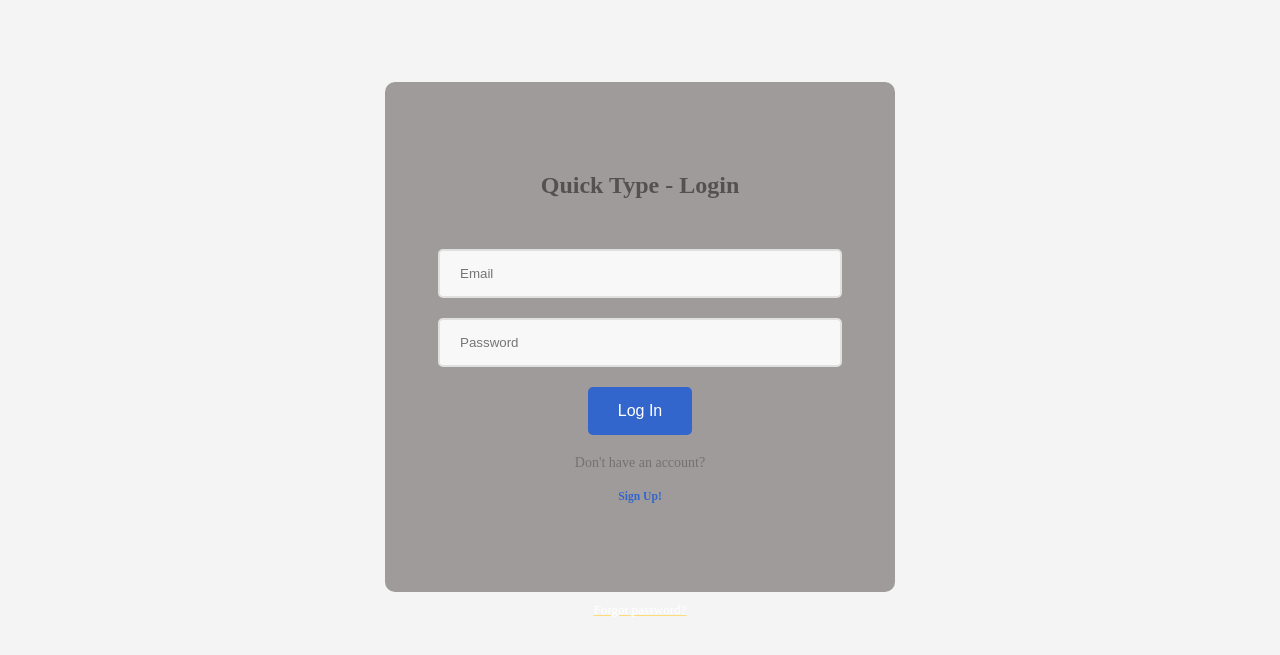
Repository: BuddyBob/mathmaking
Page: /#/login
These files come from the project's save history. The page is drawn as it stood at one moment and after the next save; the edit follows.
The browser window is 1280 px wide. The pictures show the whole page.
The project was rebuilt for these pictures with package versions that can differ from the ones it lists, and the page was loaded fresh each time. Also part of the build but not shown: webpack.config.js, src/Home.js, src/components/register/Signup.js.

Above is the page before, as saved 2023-06-10 11:02:36.

### public/index.html
<!DOCTYPE html>
<html lang="en">
  <head>
    <meta charset="utf-8" />
    <link rel="icon" href="%PUBLIC_URL%/favicon.ico" />
    <meta name="viewport" content="width=device-width, initial-scale=1" />
    <meta name="theme-color" content="#000000" />
    <meta
      name="description"
      content="Web site created using create-react-app"
    />
    <link rel="apple-touch-icon" href="%PUBLIC_URL%/logo192.png" />

    <link rel="manifest" href="%PUBLIC_URL%/manifest.json" />

    <title>Math Making</title>
  </head>
  <body>
    <noscript>You need to enable JavaScript to run this app.</noscript>
    <div id="root"></div>

  </body>
</html>

### src/index.js
import App from './App';
import { AuthProvider } from './components/context/AuthContext';
import React from 'react';
import ReactDOM from 'react-dom';
import { HashRouter as Router } from 'react-router-dom';
ReactDOM.render(

    <Router>
        <AuthProvider>
        < App />
        </AuthProvider>
    </Router>, document.getElementById("root"));

### src/App.js
import {
  Route,
  Routes,
} from "react-router-dom";

import Home from "./Home";
import Login from './components/register/Login'
import Signup from './components/register/Signup'

export default function App() {
  return (
        <Routes>
            <Route  exact path='/' element={<Home/>} />
            <Route exact path='/signup' element={<Signup/>}/>
            <Route exact path='/login' element={<Login/>}/>
        </Routes>
  );
}

### src/components/context/AuthContext.js
import React,  { useContext, useState, useEffect } from 'react'
import { auth } from '../../firebase'
const AuthContext = React.createContext()
export function useAuth() {
    return useContext(AuthContext)
}
export function AuthProvider({children}) {
    const [currentUser, setCurrentUser] = useState()
    const [loading, setLoading] = useState(true)
    function signup(email,password){
        return auth.createUserWithEmailAndPassword(email,password)
    }
    function login(email,password){
        return auth.signInWithEmailAndPassword(email,password)
    }
    function logout(){
        return auth.signOut()
    }
    function resetPassword(email){
        return auth.sendPasswordResetEmail(email)
    }
    useEffect(() => {
        const unsubscribe = auth.onAuthStateChanged(user => {
            setCurrentUser(user)
            setLoading(false)
        })
        return unsubscribe
    }, [])

    const value = {
        currentUser,
        login,
        signup,
        logout,
        resetPassword,
    }
    return (

        <AuthContext.Provider value={value}>
            {!loading && children}
        </AuthContext.Provider>
    )
}

### src/components/register/Login.js
import './Register.css'

import { Alert, AlertTitle } from '@material-ui/lab';
import React, { useRef, useState } from 'react'

import CloseIcon from '@material-ui/icons/Close';
import IconButton from '@material-ui/core/IconButton';
import { Link } from 'react-router-dom'
import { makeStyles } from '@material-ui/core/styles';
import { useAuth } from '../context/AuthContext'
import { useNavigate } from 'react-router-dom';

const useStyles = makeStyles((theme) => ({
    root: {
      width: '100%',
      '& > * + *': {
        marginTop: theme.spacing(),
      },
    },
    errorText: {
        textAlign: 'left'
    }
  }));
function modErrors(error){
    console.log(error)
    switch (true){
        case error === 'There is no user record corresponding to this identifier. The user may have been deleted.':
            error = "We could not find this user."
        case error === "The password is invalid or the user does not have a password.":
            error = "We could not find this user."
    }
    return error;

}
const Login = () =>  {
        const classes = useStyles();
        const emailRef = useRef()
        const passwordRef = useRef()
        const { login } = useAuth()
        const [error, setError] = useState('')
        const [loading, setLoading] = useState("false")
        const navigate = useNavigate();
        async function handleSubmit(e) {
            e.preventDefault()
            try {
              setError('')
              setLoading("true")
              const x = await login(emailRef.current.value, passwordRef.current.value)
              console.log("LOGGED IN TO USER", x.user.uid)
              localStorage.setItem("currentUserId",x.user.uid)
              navigate('/')
            } catch(err) {
                setError(modErrors(err.message))
            }

            setLoading("false")
        }

        return (
            <div>
                <div className="wrapper fadeInDown">
                    <div id="formContent">
                        <div className="fadeIn first">
                        <h2 className="register-title">Quick Type - Login</h2>
                        </div>
                        {error &&
                            <div className={classes.root}>
                                <Alert
                                    action={
                                        <IconButton
                                        aria-label="close"
                                        color="inherit"
                                        size="small"
                                        onClick={() => {
                                            setError('');
                                        }}
                                        >
                                        <CloseIcon className={classes.closeIcon} fontSize="inherit" />
                                        </IconButton>
                                    }
                                className={classes.errorText}
                                severity="error">
                                    <AlertTitle>Oh No!</AlertTitle>
                                    {error}
                                </Alert>
                            </div>
                        }
                        <form onSubmit={handleSubmit}>
                            <input autoComplete="off" ref={emailRef} type="text" id="email" className="fadeIn second" name="login" placeholder="Email" required/>
                            <input autoComplete="off" ref={passwordRef} type="password" id="password" className="fadeIn third" name="login" placeholder="Password" required/>
                            <input disable={loading} type="submit" className="fadeIn fourth" value="Log In"/>
                        </form>
                        <div className="redirect-register">
                            <span className="redirect-register-text">Don't have an account? <Link to="/signup" style={{ textDecoration: 'none' }}><h5 className="redirect-register-click">Sign Up!</h5></Link></span>
                        </div>
                    </div>
                    <div className="pt-2 forgot-pwd">
                        <Link to="/forgot-password"> <span style={{color:"white",fontSize:"13px",textDecoration:"1px underline #ffdc7a"}}>Forgot password?</span></Link>
                    </div>
                </div>
            </div>
        )
}
export default Login

### src/firebase.js
import 'firebase/compat/auth';
import 'firebase/compat/firestore';

import firebase from 'firebase/compat/app';

const app = firebase.initializeApp({
    apiKey: "AIzaSyDUYKn6vGOKdjmqakLQxaPY67alcD0Vsd8",
    authDomain: "mathmaking-f547c.firebaseapp.com",
    projectId:  "mathmaking-f547c",
    storageBucket: "mathmaking-f547c.appspot.com",
    messagingSenderId: "939151747045",
    appId: "1:939151747045:web:788ff28e0c364e37fab10c"
})
export const auth = app.auth()
export var db = firebase.firestore();

### src/index.css
:root {
    --background: #eef0eb;
    --dark: #284b63;
    --text: #153243;
    --titleColor: #b4b8ab;
    --highlight: #f4f9e9;
  }

  html {
    -webkit-overflow-x-scrolling: hidden;
    overflow-x: hidden !important;
  }

  body {
    margin: 0;
    padding: 0;
    -webkit-overflow-x-scrolling: hidden;
    overflow-x: hidden !important;
    color: white;
    height: 100%;
    flex-direction: column;
    justify-content: center;
    align-items: center;
  }

  @media screen and (min-height: 800px) {
    body {
      overflow-y: hidden;
    }
  }

  .title {
    font-family: 'Arial', sans-serif;
    font-size: 100px;
    color: var(--dark);
    text-align: center;
    margin-bottom: 10px;
  }

  .subtitle {
    font-family: 'Verdana', sans-serif;
    font-size: 22pt;
    color: var(--text);
    text-align: center;
    margin-top: 5px;
  }

  .container {
    display: flex;
    justify-content: center;
    align-items: center;
    height: 100vh;
  }

  .login-button {
    display: inline-block;
    padding: 10px 20px;
    font-family: 'Arial', sans-serif;
    font-size: 16px;
    color: #fff;
    background-color: var(--dark);
    border: none;
    border-radius: 5px;
    cursor: pointer;
    transition: background-color 0.3s ease;
  }

  .login-button:hover {
    background-color: var(--text);
  }

  .login-button:focus {
    outline: none;
  }

  .login-button:active {
    background-color: var(--highlight);
  }

### src/components/register/Register.css
:root {
  --primary-color: #3366CC;
  --secondary-color: #FF9933;
  --background-color: #F4F4F4;
  --background-color2: rgb(159, 155, 155);
  --text-color: #737272;
  --title-color: #565151;
}
  /* Wrapper */
  .wrapper {
    display: flex;
    align-items: center;
    justify-content: center;
    flex-direction: column;
    min-height: 100vh;
    background-color: var(--background-color);
  }

  /* Form Content */
  #formContent {
    background-color: var(--background-color2);
    padding: 30px;
    width: 90%;
    max-width: 450px;
    height: 450px;
    border-radius: 10px;
    text-align: center;
  }

  /* Title */
  .register-title {
    color: var(--title-color);
    font-size: 24px;
    margin-bottom: 50px;
    margin-top: 60px;
  }

  /* Error Message */
  .error-container {
    margin-bottom: 20px;
  }

  .error-text {
    color: var(--title-color);
    font-size: 14px;
    text-align: left;
  }

  .closeIcon {
    color: var(--title-color);
  }

  /* Form Inputs */
  input[type="text"],
  input[type="password"] {
    background-color: #F8F8F8;
    border: 2px solid #E0E0E0;
    color: var(--text-color);
    padding: 15px 20px;
    margin-bottom: 20px;
    width: 80%;
    border-radius: 5px;
    transition: border-color 0.3s ease;
  }

  input[type="text"]:focus,
  input[type="password"]:focus {
    border-color: var(--primary-color);
    outline: none;
  }

  /* Submit Button */
  input[type="submit"] {
    background-color: var(--primary-color);
    border: none;
    color: #FFFFFF;
    padding: 15px 30px;
    text-align: center;
    text-decoration: none;
    font-size: 16px;
    border-radius: 5px;
    cursor: pointer;
    transition: background-color 0.3s ease;
  }

  input[type="submit"]:hover {
    background-color: var(--secondary-color);
  }

  /* Redirect Register */
  .redirect-register {
    margin-top: 20px;
    color: var(--text-color);
    font-size: 14px;
  }

  .redirect-register-text {
    color: var(--text-color);
  }

  .redirect-register-click {
    color: var(--primary-color);
    text-decoration: none;
  }

  .redirect-register-click:hover {
    text-decoration: underline;
  }

  /* Forgot Password */
  .forgot-pwd {
    margin-top: 10px;
    color: var(--text-color);
    font-size: 14px;
    text-align: center; /* Center the text horizontally */
    margin-bottom: 20px; /* Add some space below the forgot password link */
  }

  .forgot-pwd a {
    color: var(--primary-color);
    text-decoration: none;
  }

  .forgot-pwd a:hover {
    text-decoration: underline;
  }

### src/components/register/register.css



/* STRUCTURE */

.wrapper {
    display: flex;
    align-items: center;
    flex-direction: column;
    justify-content: center;
    width: 100%;
    min-height: 100%;
    padding: 20px;
  }
  /* redirect to opposite register page */
  .redirect-register{
    display:flex;
    justify-content: center;
    text-align: center
  }
  .redirect-register-text{
    color:var(--white);
    font-family: "arial";
    position: relative;
    top:-10px;
    font-size:15px;
  }
  .redirect-register-click{
    color:var(--titleColor);
    font-size:17px;
    margin-bottom: 20px;
  }
  .redirect-register-click:hover{
    color:var(--white)
  }


  #formContent {
    -webkit-border-radius: 10px 10px 10px 10px;
    border-radius: 10px 10px 10px 10px;
    background: var(--dark);
    padding: 30px;
    width: 90%;
    max-width: 450px;
    position: relative;
    padding: 0px;
    -webkit-box-shadow: 0 30px 60px 0 rgba(0,0,0,0.3);
    box-shadow: 0 30px 60px 0 rgba(0,0,0,0.3);
    text-align: center;
  }

  /* TABS */
  .register-title{
    color: var(--titleColor);
    padding:20px;
  }
  @media screen and (max-width:520px){
    .register-title{
      font-size:30px;
    }
  }

  /* FORM TYPOGRAPHY*/

  input[type=submit], input[type=reset]  {
    background-color: var(--background);
    border: none;
    color: var(--white);
    padding: 15px 80px;
    text-align: center;
    text-decoration: none;
    font-size: 15px;
    -webkit-border-radius: 5px 5px 5px 5px;
    border-radius: 5px 5px 5px 5px;
    margin: 5px 20px 40px 20px;
    -webkit-transition: all 0.3s ease-in-out;
    -moz-transition: all 0.3s ease-in-out;
    -ms-transition: all 0.3s ease-in-out;
    -o-transition: all 0.3s ease-in-out;
    transition: all 0.3s ease-in-out;
  }

  input[type=submit]:hover, input[type=reset]:hover  {
    background-color: var(--background);
    color:var(--titleColor);
    -webkit-box-shadow: 0 10px 30px 0 var(--titleColor);
    box-shadow: 0 10px 30px 0 var(--titleColor);
  }

  input[type=submit]:active, input[type=reset]:active  {
    -moz-transform: scale(0.95);
    -webkit-transform: scale(0.95);
    -o-transform: scale(0.95);
    -ms-transform: scale(0.95);
    transform: scale(0.95);
  }

  input[type=password],input[type=text] {
    background-color: var(--dark);
    border: none;
    color: #0d0d0d;
    padding: 15px 32px;
    text-align: center;
    text-decoration: none;
    display: inline-block;
    font-size: 16px;
    margin: 5px;
    width: 86%;
    border: 2px solid var(--background);
    -webkit-transition: all 0.3s ease-in-out;
    -moz-transition: all 0.3s ease-in-out;
    -ms-transition: all 0.3s ease-in-out;
    -o-transition: all 0.3s ease-in-out;
    transition: all 0.3s ease-in-out;
    -webkit-border-radius: 5px 5px 5px 5px;
    border-radius: 5px 5px 5px 5px;
    color:var(--titleColor);
  }

  input[type=password]:focus,input[type=text]:focus {
    background-color: var(--dark);
    border-bottom: 2px solid var(--titleColor);
    color:var(--titleColor);
  }

  input[type=password]:placeholder,input[type=password]:placeholder {
    color: #cccccc;
  }
  @media screen and (max-width:470px) {
    input[type=submit]{
      font-size:10px;
      margin-right:auto;
      margin-left:auto;
      text-align: center;
      padding: 15px 50px;


    }
  }


  /* ANIMATIONS */

  /* Simple CSS3 Fade-in-down Animation */
  .fadeInDown {
    -webkit-animation-name: fadeInDown;
    animation-name: fadeInDown;
    -webkit-animation-duration: 1s;
    animation-duration: 1s;
    -webkit-animation-fill-mode: both;
    animation-fill-mode: both;
  }

  @-webkit-keyframes fadeInDown {
    0% {
      opacity: 0;
      -webkit-transform: translate3d(0, -100%, 0);
      transform: translate3d(0, -100%, 0);
    }
    100% {
      opacity: 1;
      -webkit-transform: none;
      transform: none;
    }
  }
  /*FADE IN*/
  @keyframes fadeInDown {
    0% {
      opacity: 0;
      -webkit-transform: translate3d(0, -100%, 0);
      transform: translate3d(0, -100%, 0);
    }
    100% {
      opacity: 1;
      -webkit-transform: none;
      transform: none;
    }
  }



  /* OTHERS */

  *:focus {
      outline: none;
  }

  #icon {
    width:60%;
  }

After the next save:
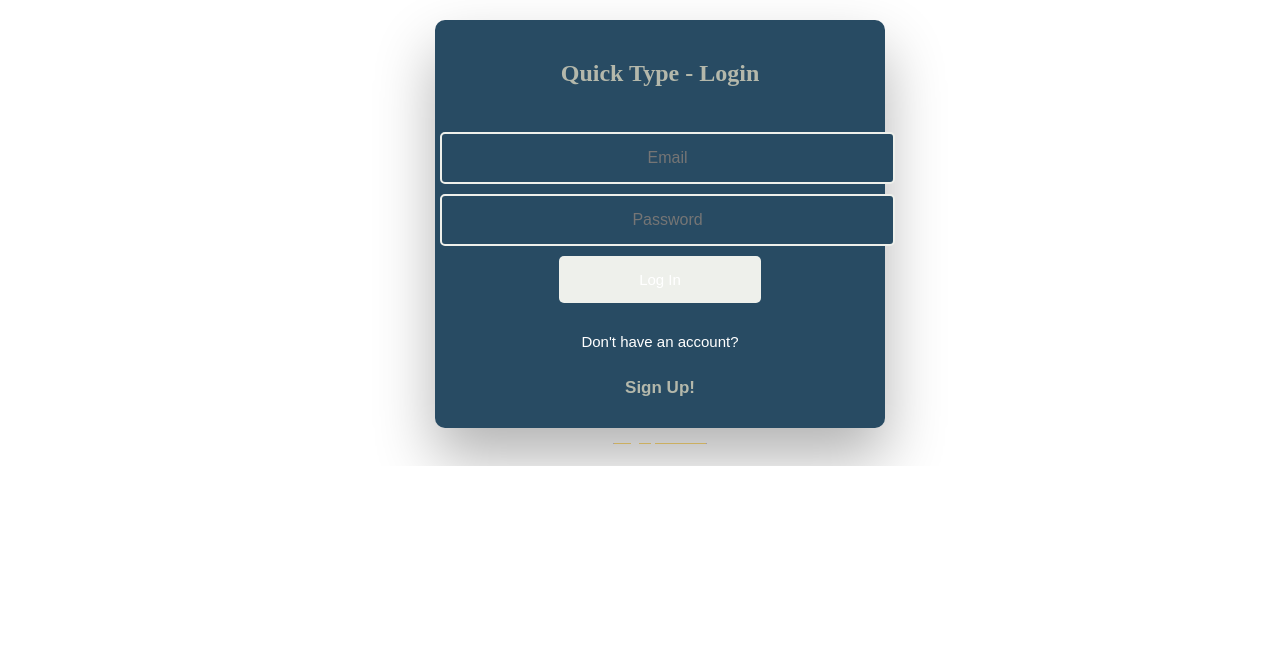
Saved 7 s later.
--- a/src/components/register/Login.js
+++ b/src/components/register/Login.js
@@ -1,4 +1,4 @@
-import './Register.css'
+import './register.css'
 
 import { Alert, AlertTitle } from '@material-ui/lab';
 import React, { useRef, useState } from 'react'

After the save that followed:
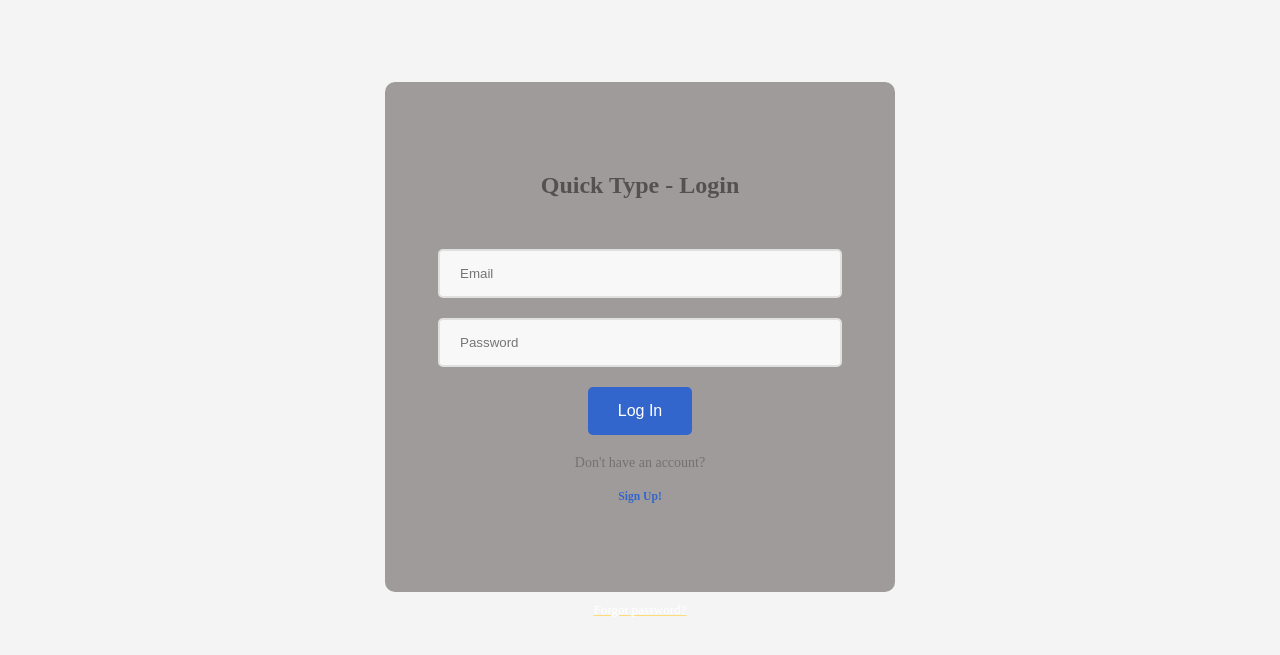
Saved 14 s later.
--- a/src/components/register/Login.js
+++ b/src/components/register/Login.js
@@ -1,4 +1,4 @@
-import './register.css'
+import './Register.css'
 
 import { Alert, AlertTitle } from '@material-ui/lab';
 import React, { useRef, useState } from 'react'
